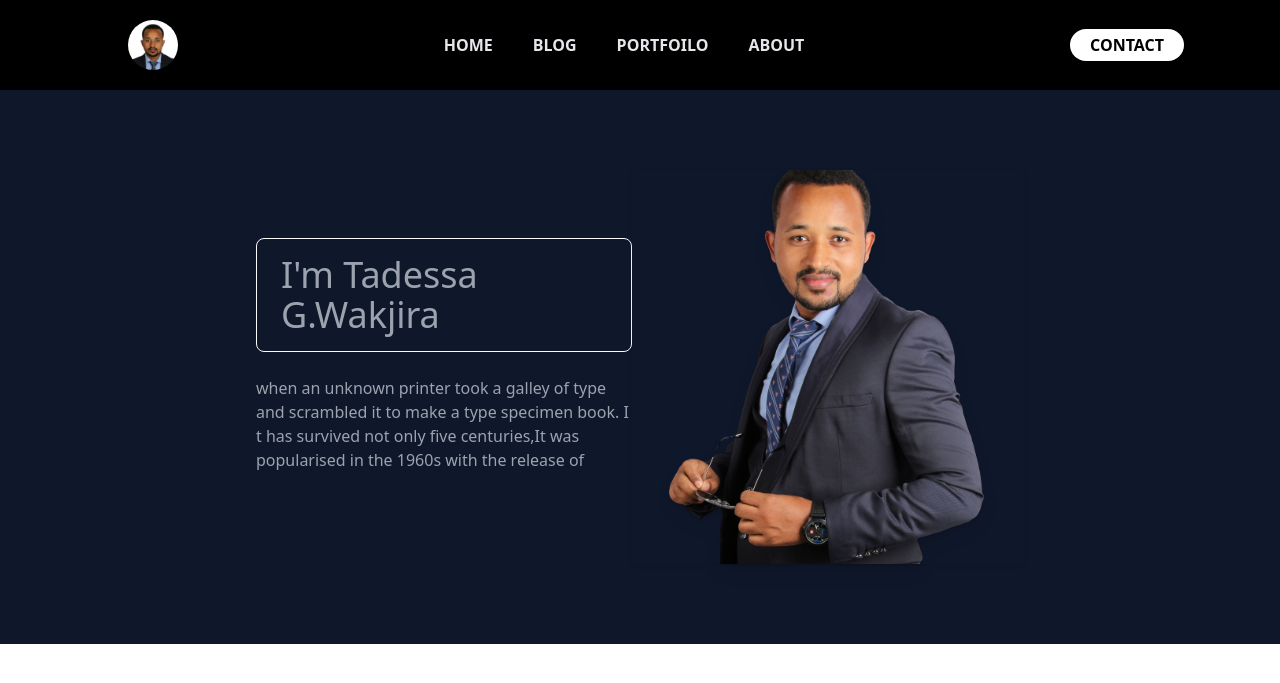
Repository: Elias-Kibret/Tade-portfoilo
Page: /
These files come from the project's save history. The page is drawn as it stood at one moment and after the next save; the edit follows.
The browser window is 1280 px wide. The pictures show the whole page.
The project was rebuilt for these pictures with package versions that can differ from the ones it lists, and the page was loaded fresh each time. The framework's server and built-in components were replaced by stand-ins that run in the browser. Also part of the build but not shown: next.config.js.

Above is the page before, as saved 2022-06-27 08:20:12.

After the next save:
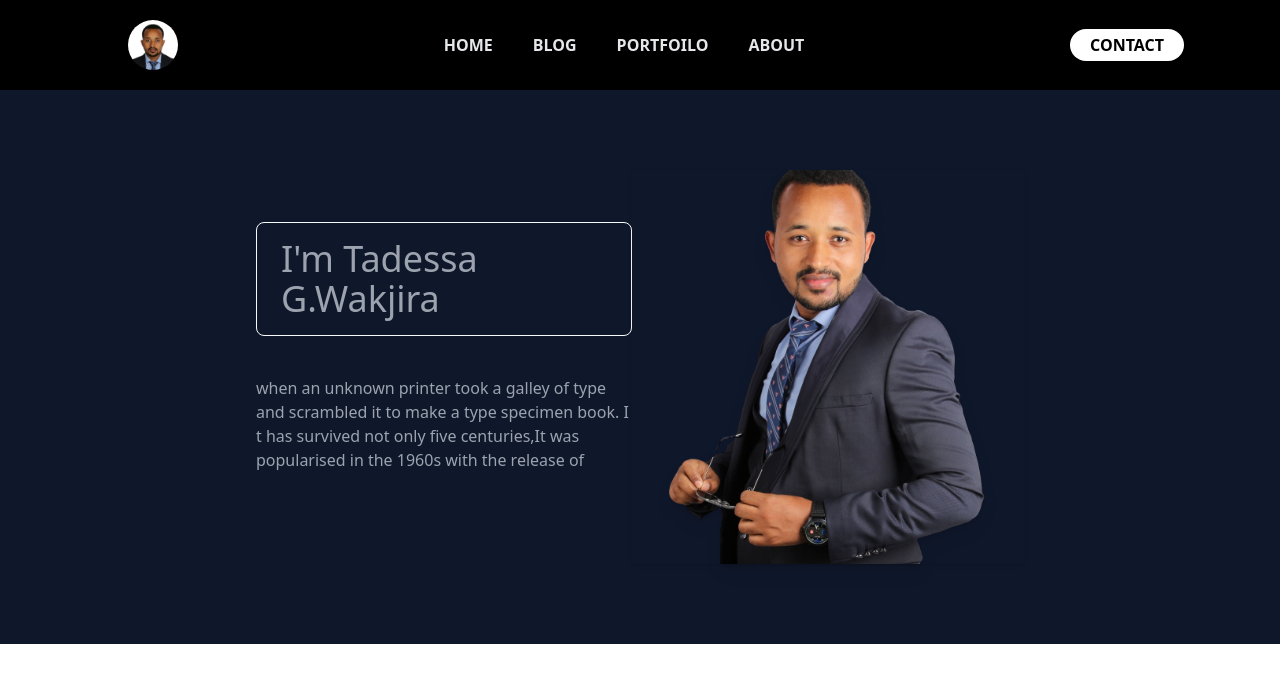
Saved 7 s later.
--- a/components/Hero.tsx
+++ b/components/Hero.tsx
@@ -8,7 +8,7 @@ const Hero = () => {
       <h1 className="text-4xl py-4 px-6 rounded-lg border border-gray-50 ">
         I'm Tadessa G.Wakjira
       </h1>
-      <p className="my-6">
+      <p className="my-10">
       when an unknown printer took a galley of type and
       scrambled it to make a type specimen book. I
       t has survived not only five centuries,It was popularised in the 1960s with the release of
